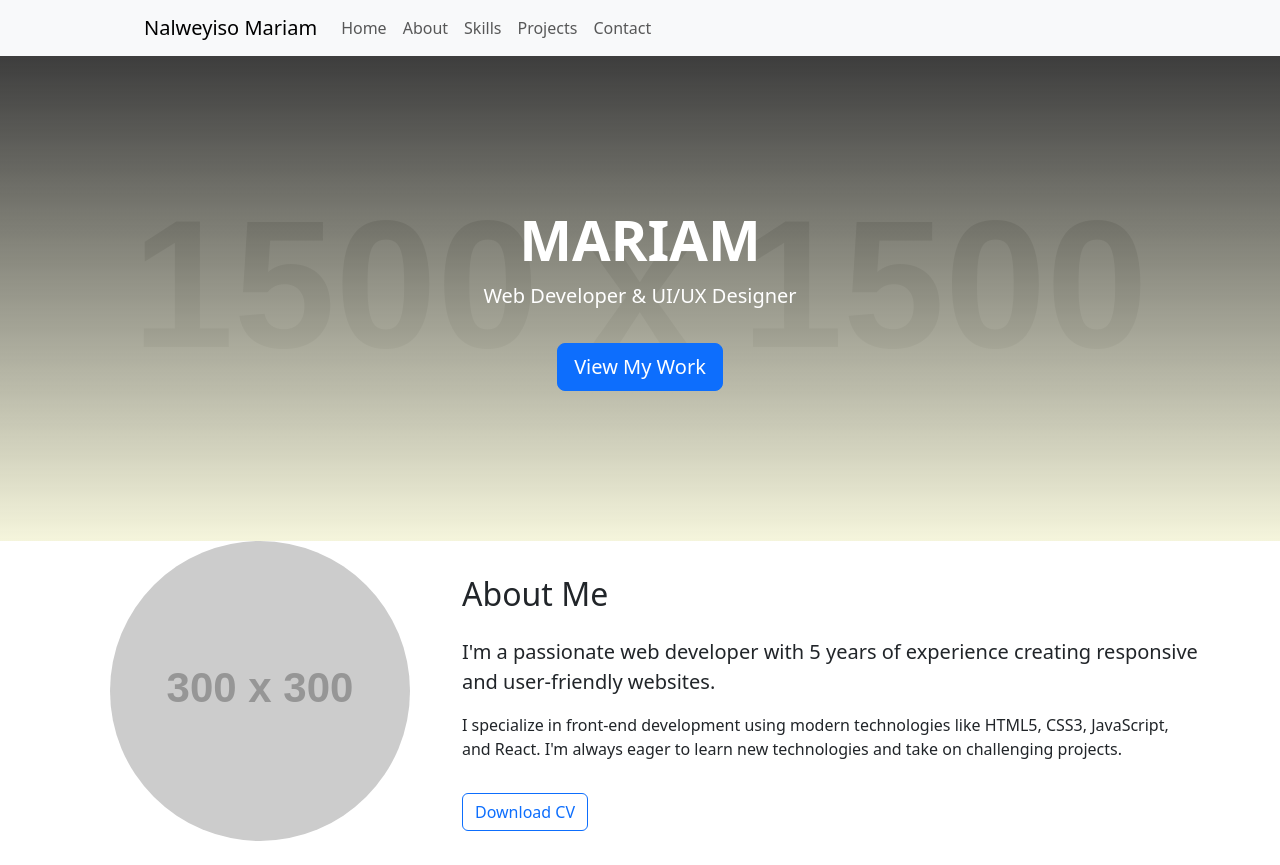
Repository: NalweMari/My-Personal-Portfolio
Page: index.html
The author's editor kept a copy of each file at every save. The page is drawn from the files as they stood at one save, then again after the next save.
The browser window is 1280 px wide. The pictures show the whole page.

Above is the page before, as saved 2025-11-27 12:42:36.
Console error (its wording comes from the project's code and is left out).

After the next save:
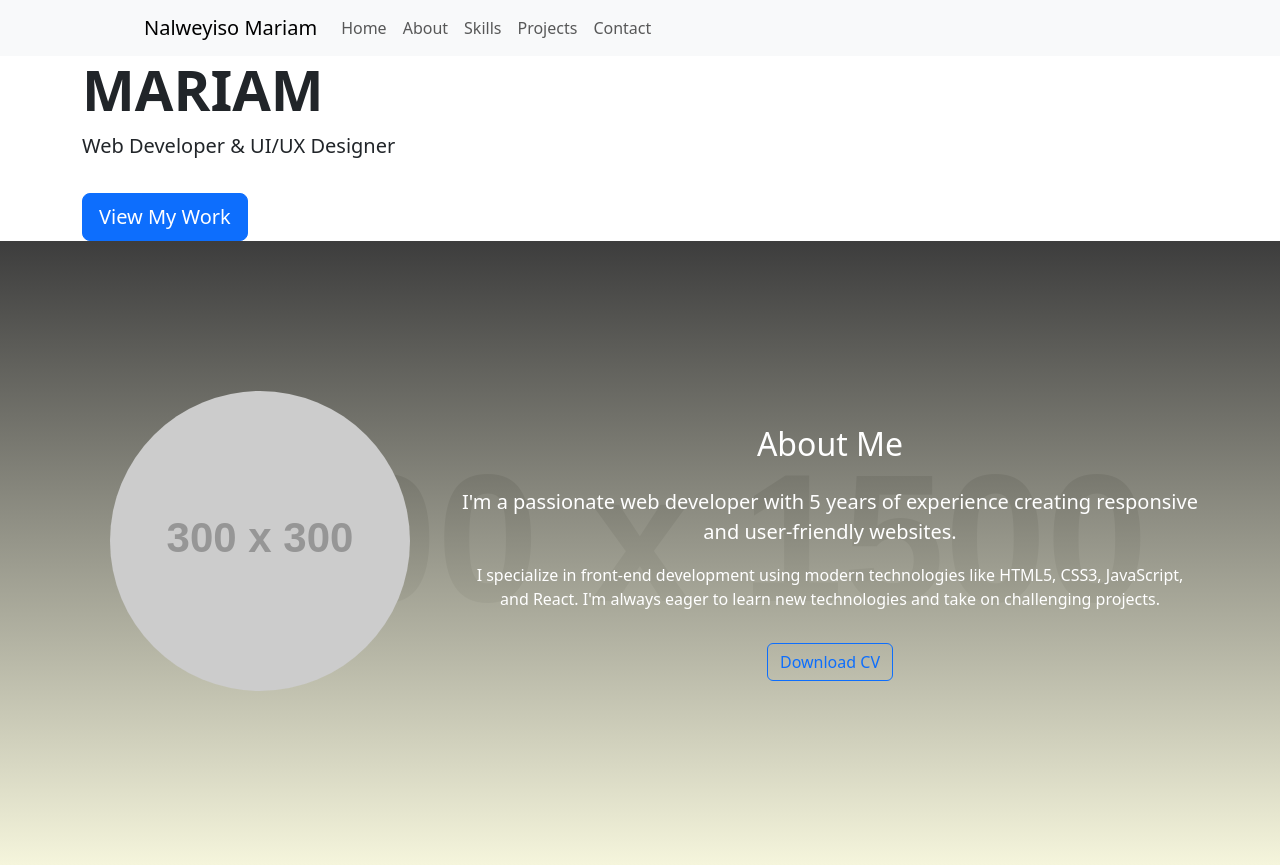
Saved 9 s later.
--- a/index.html
+++ b/index.html
@@ -43,7 +43,7 @@
     </nav>
 
     <!-- Hero Section -->
-    <section id="home" class="hero-section text-center">
+    <section id="home" class="">
         <div class="container">
             <h1 class="display-4 fw-bold">MARIAM</h1>
             <p class="lead">Web Developer & UI/UX Designer</p>
@@ -51,7 +51,7 @@
         </div>
         <div></div>
     </section>
-<section id="home" class="">
+<section id="home" class="hero-section text-center">
         <div class="container">
             <div class="row align-items-center">
                 <div class="col-md-4 text-center mb-4">
